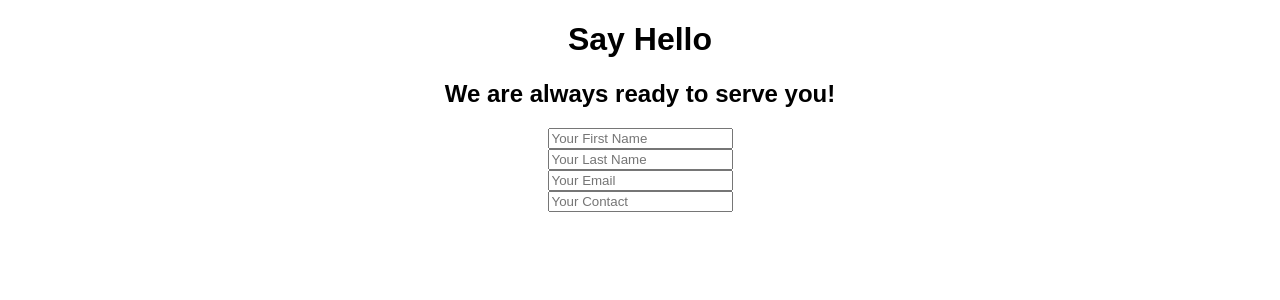
Repository: Owusuharriet/HW1-HAMAH.index.html
Page: index.htm
The author's editor kept a copy of each file at every save. The page is drawn from the files as they stood at one save, then again after a run of saves.
The browser window is 1280 px wide. The pictures show the whole page.

Above is the page before, as saved 2020-08-03 22:32:26.

### index.htm
<!DOCTYPE html>
<html lang="en">
<head>
    <meta charset="UTF-8">
    <meta name="viewport" content="width=device-width, initial-scale=1.0">
    <link rel="stylesheet" type="text/css" href="./styles/style.css">
    <title>Contact Form</title>
</head>
<body>
    <div class="contact-title">
        <h1>Say Hello</h1>
        <h2>We are always ready to serve you!</h2>
    </div>

    <div class="contact-form">
        <form id="contact-form" method="post" action=""></form>
        <input name="name" type="text" class="form-control" placeholder="Your First Name" required><br>
        <input name="name" type="text" class="form-control" placeholder="Your Last Name" required><br>
        <input name="emial" type="email" class="form-control" placeholder="Your Email"required><br>
        <input name="contact" type="contact" class="form-control" placeholder="Your Contact"



        <textarea name="message" class="from-control"></textarea>

    </div>


</body>
</html>

### style.css
body{
    margin: 0;
    padding: 0;
    text-align: center;
    background: linear-gradient(0,0 150, 0.5,),rgba(0, 0, 50, 0.5),url(laptop.jpg);
    background-size: cover;
    background-position: center;
    font-family: sans-serif;
}

.content-title{
    margin-top: 90px;
    color: #fff;
    text-transform: uppercase;
    transition: all 2 ease-in-out;

}
.content-title h1{
    font-size: 32px;
    line-height: 10px;
}

.content-title h2{
    font-size: 10px;
}

After the next 4 saves:
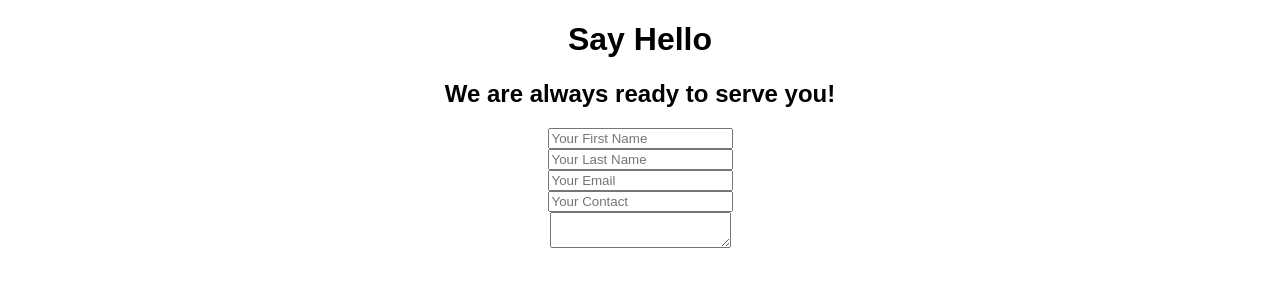
The 4 saves are shown as one change because they came seconds apart.
The last was saved 11 s later.
--- a/index.htm
+++ b/index.htm
@@ -17,7 +17,7 @@
         <input name="name" type="text" class="form-control" placeholder="Your First Name" required><br>
         <input name="name" type="text" class="form-control" placeholder="Your Last Name" required><br>
         <input name="emial" type="email" class="form-control" placeholder="Your Email"required><br>
-        <input name="contact" type="contact" class="form-control" placeholder="Your Contact"
+        <input name="contact" type="contact" class="form-control" placeholder="Your Contact"><br>
 
 
 
